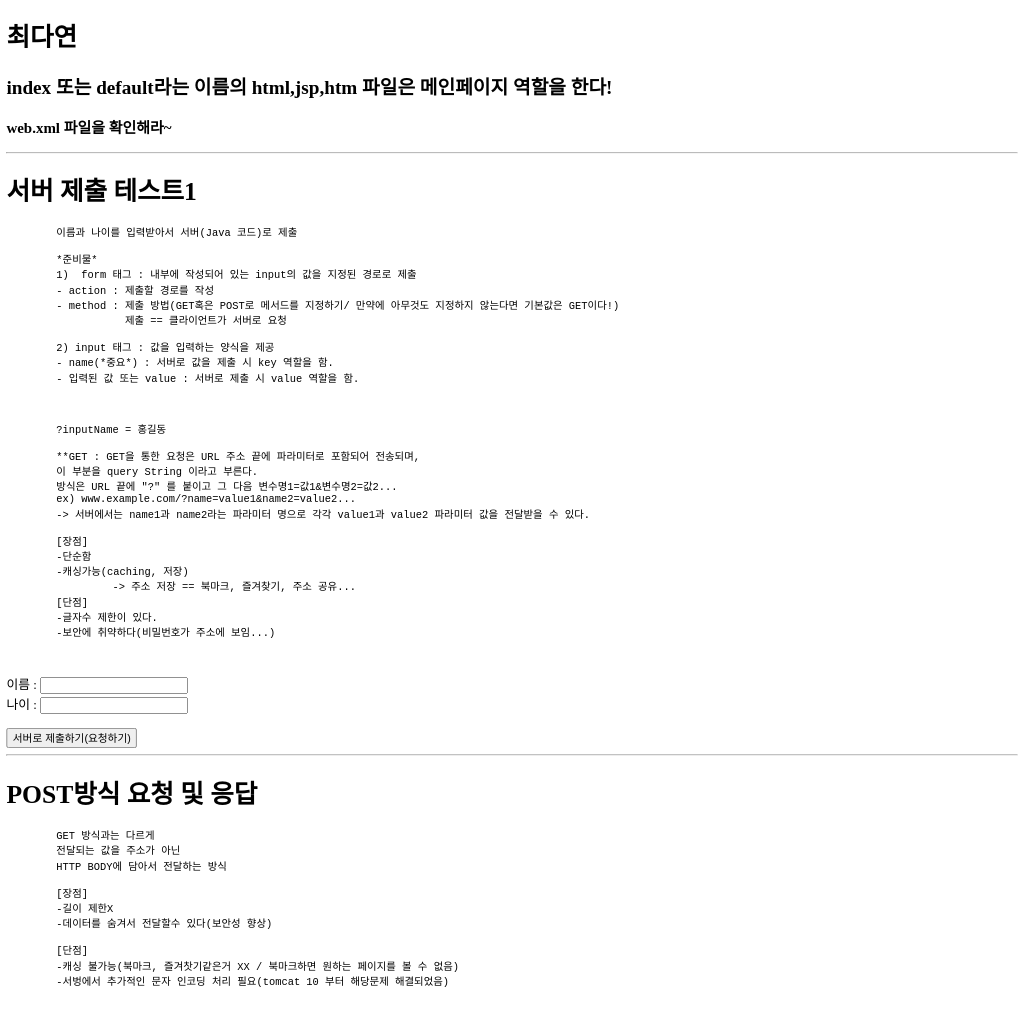
Repository: ana80202/05_Server
Page: ServletProject/src/main/webapp/index.html
An editor plug-in stored every save of this project. The page is shown before and after the next save, followed by the edit.
The browser window is 1280 px wide. The pictures show the whole page, at 80% of full size.

Above is the page before, as saved 2024-03-21 05:21:07.

After the next save:
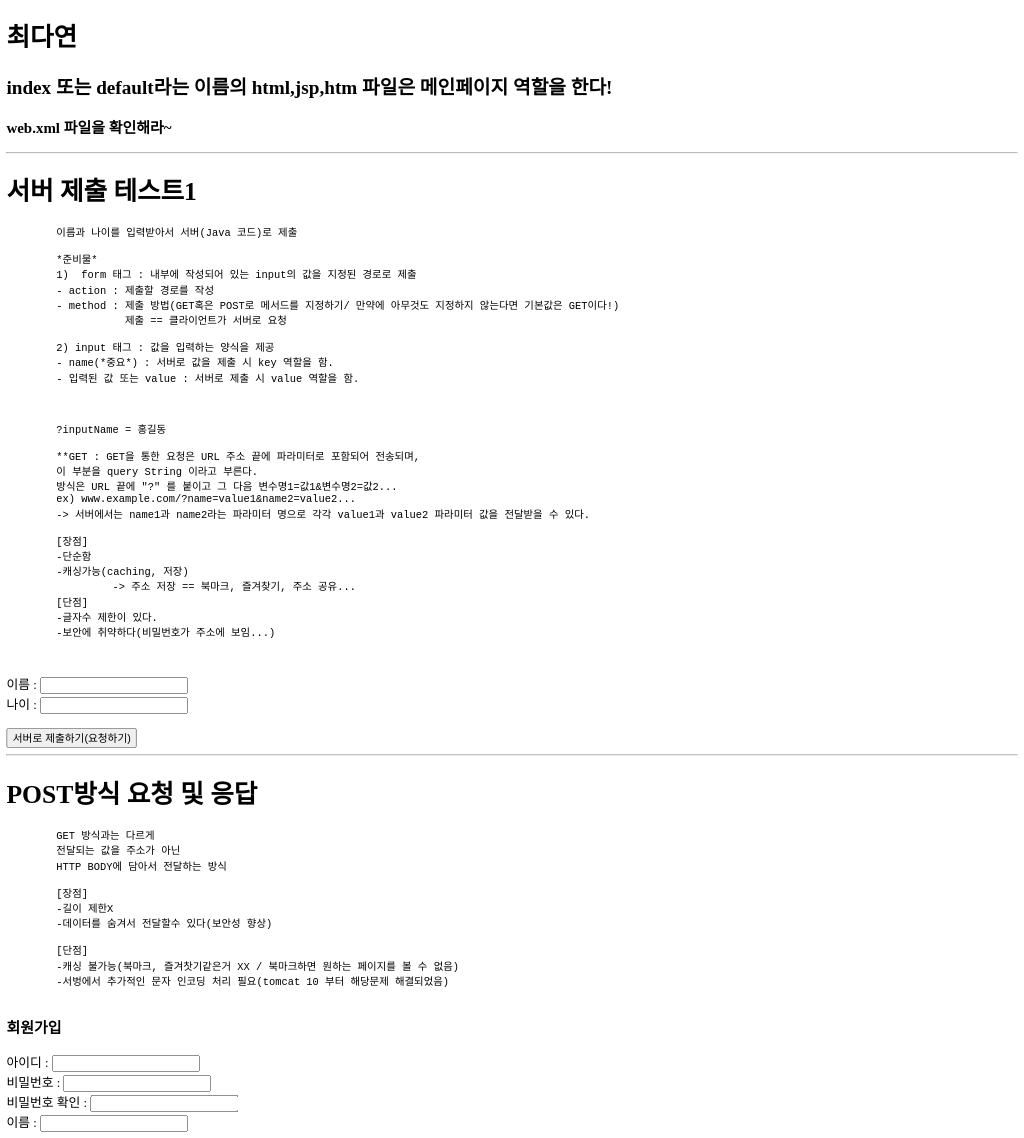
Saved 2 min 30 s later.
--- a/ServletProject/src/main/webapp/index.html
+++ b/ServletProject/src/main/webapp/index.html
@@ -75,5 +75,19 @@
     </pre>
 
 
+	<h3>회원가입</h3>
+
+	<form>
+		아이디 : <input type="text" name ="inputId" required> <br>
+		비밀번호 :  <input type="password" name ="inputPw" required> <br>
+		비밀번호 확인 :  <input type="password"  required> <br>
+		이름 : <input name ="inpurName" required> <br>
+	</form>
+
+
+
+
+
+
 </body>
 </html>
